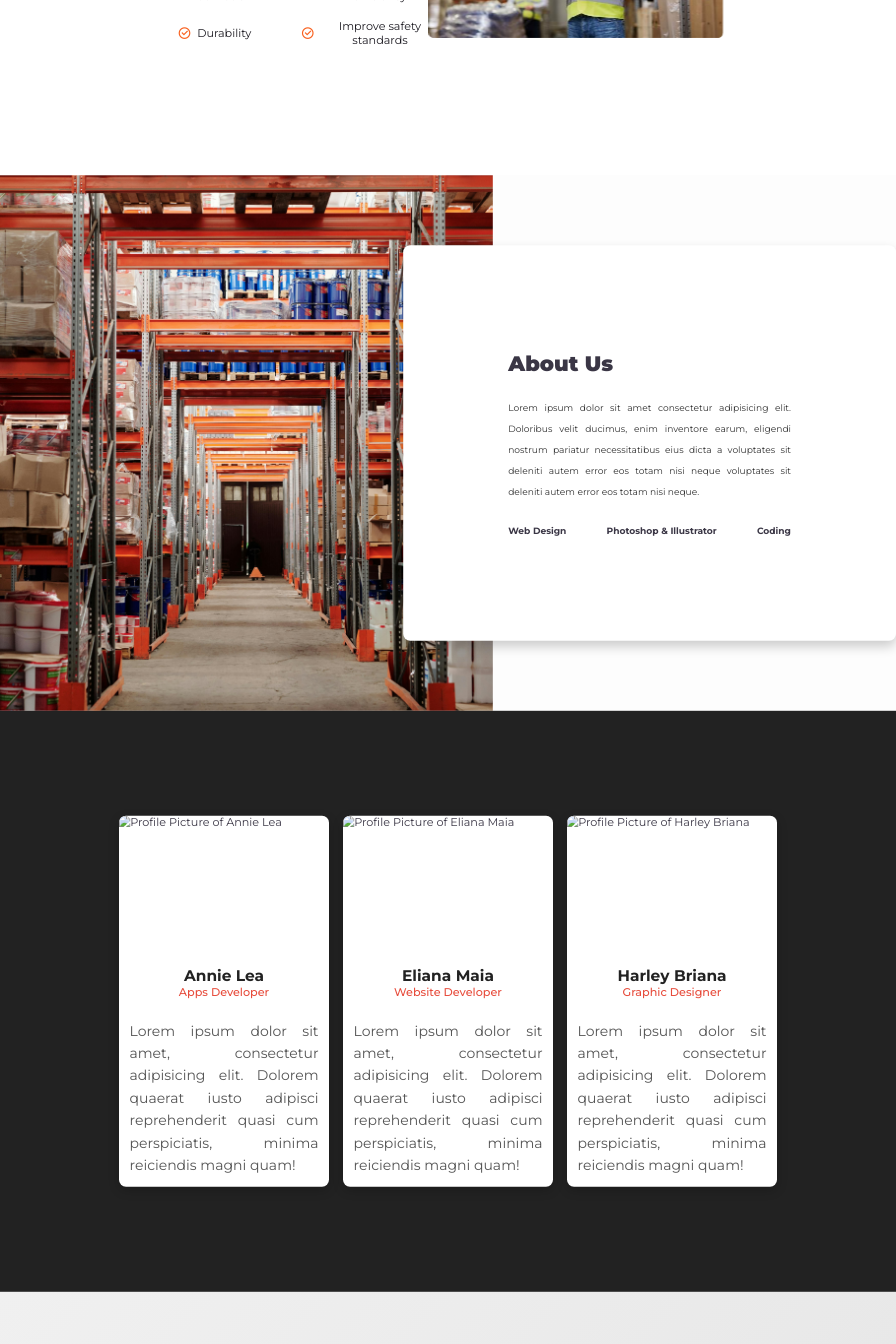
Repository: jahatesu/shelves-and-storage-equipment
Page: index.html
The author's editor kept a copy of each file at every save. The page is drawn from the files as they stood at one save, then again after a run of saves.
The browser window is 1280 px wide. The pictures show the part of the page from y = 1169 to 3089 px (the page is 7824 px tall before and 7794 px after), at 70% of full size.
A picture or video elsewhere on the page could not be fetched, so the positions and the page height are approximate. Backgrounds fixed to the window are drawn as part of the page. Some web fonts or font styles are not loaded; a fallback is used. Some web libraries are served in a nearby version.

Above is the page before, as saved 2025-01-24 20:40:29.
Console error: TypeError: Cannot read properties of null (reading 'querySelector')

### index.html
<!DOCTYPE html>
<html lang="en">
<head>
    <meta charset="UTF-8">
    <meta name="viewport" content="width=device-width, initial-scale=1.0">
    <!-- Remix Icons -->
    <link rel="stylesheet" href="https://cdnjs.cloudflare.com/ajax/libs/remixicon/4.2.0/remixicon.css">
    <!-- Swiper CSS -->
    <link rel="stylesheet" href="assets\js\swiper-bundle.min.js" />
    <!-- CSS -->
    <link rel="stylesheet" href="style.css">
    <script src="https://cdnjs.cloudflare.com/ajax/libs/jquery/3.7.1/jquery.min.js"></script>
    <title>Shelves and Storage</title>
    <link rel="stylesheet" href="https://fonts.googleapis.com/css?family=Material+Symbols+Rounded&opsz,wght,FILL,GRAD@48,400,0,0" />
    <script  src="https://kit.fontawesome.com/64d58efce2.js" crossorigin="anonymous" ></script>
</head>

<body>

    <!-- Navigation Bar -->
    <header class="transparent">
        <div class="logo">
            <img src="assets\images\logo.png" alt="Shelves and Storage Logo">
        </div>

        <div class="navigation">
            <input type="checkbox" id="nav-checkbox">
            <label for="nav-checkbox" class="nav-toggle">
                <i class="ri-menu-fill"></i>
            </label>

            <ul class="nav-menu">
                <li><a href="#">Home</a></li>
                <li><a href="#">About Us</a></li>
                <li><a href="#">Services</a></li>
                <li><a href="#">Products</a></li>
                <li><a href="#">Contact Us</a></li>
            </ul>
        </div>
    </header>

    <!-- Hero Section -->
    <div class="hero">
        <h1 class="animate__animated animate__fadeInDown">Shelves and Storage Equipment</h1>
        <h3 class="animate__animated animate__fadeInUp">Storage and Racking Expert</h3>
    </div>



<!-- About Section -->
<section class="about section" id="about">
    <div class="about_container container grid">
        <div class="about_data">
            <span class="section_subtitle">ABOUT US</span>
            <p>
                Founded in 2015, Shelves and Storage Equipment Inc. is a trusted name in providing customized racking solutions for logistics and warehousing.
            </p>
            <h2 class="section_title">Why choose us?</h2>
            <p class="about_description">
                We specialize in efficient, durable, and scalable storage systems designed to:
            </p>
            <ul class="about_list grid">
                <li class="about_list-item">
                    <i class="ri-checkbox-circle-line"></i>
                    <span>Maximize Space Utilization</span>
                </li>
                <li class="about_list-item">
                    <i class="ri-checkbox-circle-line"></i>
                    <span>Enhance operational efficiency</span>
                </li>
                <li class="about_list-item">
                    <i class="ri-checkbox-circle-line"></i>
                    <span> Durability</span>
                </li>
                <li class="about_list-item">
                    <i class="ri-checkbox-circle-line"></i>
                    <span>Improve safety standards</span>
                </li>
            </ul>
        </div>
        <div class="about_images">
            <img src="assets/images/about_img1.png" alt="image" class="about_img1">
            <img src="assets/images/about_img2.png" alt="image" class="about_img2">
        </div>
    </div>
</section>

    <!-- about -->

    <div class="about-section">
        <div class="inner-container">
            <h1>About Us</h1>
            <p class="text">
                Lorem ipsum dolor sit amet consectetur adipisicing elit. Doloribus velit ducimus, enim inventore earum, eligendi nostrum pariatur necessitatibus eius dicta a voluptates sit deleniti autem error eos totam nisi neque voluptates sit deleniti autem error eos totam nisi neque.
            </p>
            <div class="skills">
                <span>Web Design</span>
                <span>Photoshop & Illustrator</span>
                <span>Coding</span>
            </div>
        </div>
    </div>

<!-- Services Section -->
<div class="services-container">
    <div class="service-card">
      <div class="card-image">
        <img src="#" alt="Profile Picture of Annie Lea">
      </div>
      <div class="card-header">
        <h3 class="name">Annie Lea</h3>
        <p class="role">Apps Developer</p>
      </div>
      <div class="card-content">
        <p>Lorem ipsum dolor sit amet, consectetur adipisicing elit. Dolorem quaerat iusto adipisci reprehenderit quasi cum perspiciatis, minima reiciendis magni quam!</p>
      </div>
    </div>
    <div class="service-card">
      <div class="card-image">
        <img src="#" alt="Profile Picture of Eliana Maia">
      </div>
      <div class="card-header">
        <h3 class="name">Eliana Maia</h3>
        <p class="role">Website Developer</p>
      </div>
      <div class="card-content">
        <p>Lorem ipsum dolor sit amet, consectetur adipisicing elit. Dolorem quaerat iusto adipisci reprehenderit quasi cum perspiciatis, minima reiciendis magni quam!</p>
      </div>
    </div>
    <div class="service-card">
      <div class="card-image">
        <img src="#" alt="Profile Picture of Harley Briana">
      </div>
      <div class="card-header">
        <h3 class="name">Harley Briana</h3>
        <p class="role">Graphic Designer</p>
      </div>
      <div class="card-content">
        <p>Lorem ipsum dolor sit amet, consectetur adipisicing elit. Dolorem quaerat iusto adipisci reprehenderit quasi cum perspiciatis, minima reiciendis magni quam!</p>
      </div>
    </div>
  </div>

<!-- what we offer -->
<section class="services section" id="services">
    <div class="services_container container grid">
        <div class="services_data">
            <div>
                <span class="section_subtitle">WHAT WE OFFER</span>
                <h2 class="section_title">Heavy and Light Duty Racks System</h2>
            </div>
        </div>
        <div class="services_grid">
            <article class="services_card">
                <div class="services_icon">
                    <img src="/assets/images/driveInRack.jpg" alt="Drive in Rack">
                </div>
                <h3 class="services_title">Drive in Rack</h3>
                <p>
                    Forklifts drive into storage lanes, reducing aisle space. Perfect for bulk storage.
                </p>
            </article>
            <article class="services_card">
                <div class="services_icon">
                    <img src="assets/images/cantileverRack.jpg" alt="Cantilever Rack">
                </div>
                <h3 class="services_title">Cantilever Rack</h3>
                <p>
                    Ideal for long, bulky items. Easy loading and unloading, maximizes space. Available in single or double-sided options.
                </p>
            </article>
            <article class="services_card">
                <div class="services_icon">
                    <img src="assets/images/mezzanineFloorRack.jpg" alt="Mezzanine Floor">
                </div>
                <h3 class="services_title">Mezzanine Floor</h3>
                <p>
                    Cost-effective, customizable, and durable. Ideal for storage, offices, or production areas.
                </p>
            </article>
            <article class="services_card">
                <div class="services_icon">
                    <img src="assets/images/radioShuttle.jpeg" alt="Radio Shuttle">
                </div>
                <h3 class="services_title">Radio Shuttle Racking</h3>
                <p>
                    Optimize warehouse space and efficiency. Semi-automated, high-density storage. Fast pallet handling, both FIFO and LIFO.
                </p>
            </article>
        </div>
    </div>
</section>

<!-- products -->
<section class="projects section" id="projects">
    <h2 class="section_title_products">Our Products</h2>
    <div class="projects_container container grid">
        <article class="projects_card">
            <img src="assets/images/narrowAisle.jpg" alt="Narrow Aisle Pallet Racking" class="projects_img">
            <div class="projects_data">
                <h2 class="projects_title">Narrow Aisle Pallet Racking</h2>
            </div>
        </article>
        <article class="projects_card">
            <img src="assets/images/doubleDeep.jpg" alt="Double Deep Pallet Racking" class="projects_img">
            <div class="projects_data">
                <h2 class="projects_title">Double Deep Pallet Racking</h2>
            </div>
        </article>
        <article class="projects_card">
            <img src="assets/images/lightDuty.webp" alt="Light Duty Shelves" class="projects_img">
            <div class="projects_data">
                <h2 class="projects_title">Light Duty Shelves</h2>
            </div>
        </article>
        <article class="projects_card">
            <img src="assets/images/boltLess.webp" alt="Boltless Racks" class="projects_img">
            <div class="projects_data">
                <h2 class="projects_title">Boltless Racks</h2>
            </div>
        </article>
        <article class="projects_card">
            <img src="assets/images/counterBalance.jpg" alt="Tailift Counter Balance" class="projects_img">
            <div class="projects_data">
                <h2 class="projects_title">Tailift Counter Balance</h2>
            </div>
        </article>
        <article class="projects_card">
            <img src="assets/images/reachTruck.jpg" alt="Tailift Reach Truck" class="projects_img">
            <div class="projects_data">
                <h2 class="projects_title">Tailift Reach Truck</h2>
            </div>
        </article>
        <article class="projects_card">
            <img src="assets/images/palletRack.webp" alt="Pallet Rack" class="projects_img">
            <div class="projects_data">
                <h2 class="projects_title">Pallet Rack</h2>
            </div>
        </article>
        <article class="projects_card">
            <img src="assets/images/slottedRack.webp" alt="Slotted Rack" class="projects_img">
            <div class="projects_data">
                <h2 class="projects_title">Slotted Rack</h2>
            </div>
        </article>
        <article class="projects_card">
            <img src="assets/images/smRack.webp" alt="Supermarket Rack" class="projects_img">
            <div class="projects_data">
                <h2 class="projects_title">Supermarket Rack</h2>
            </div>
        </article>
        <article class="projects_card">
            <img src="assets/images/shoppingTrolley.jpg" alt="Shopping Trolley" class="projects_img">
            <div class="projects_data">
                <h2 class="projects_title">Shopping Trolley</h2>
            </div>
        </article>
        <article class="projects_card">
            <img src="assets/images/shoppingBasket.jpg" alt="Shopping Basket" class="projects_img">
            <div class="projects_data">
                <h2 class="projects_title">Shopping Basket</h2>
            </div>
        </article>
        <article class="projects_card">
            <img src="assets/images/binBoxes.jpg" alt="Bin Boxes" class="projects_img">
            <div class="projects_data">
                <h2 class="projects_title">Bin Boxes</h2>
            </div>
        </article>
        <article class="projects_card">
            <img src="assets/images/shelving.jpeg" alt="Shelving" class="projects_img">
            <div class="projects_data">
                <h2 class="projects_title">Shelving</h2>
            </div>
        </article>
        <article class="projects_card">
            <img src="assets/images/handPallet.webp" alt="Hand Pallet" class="projects_img">
            <div class="projects_data">
                <h2 class="projects_title">Hand Pallet</h2>
            </div>
        </article>
    </div>
</section>

<!-- contacts -->
<div class="container_contact">
    <span class="big-circle"></span>
    <img src="img/shape.png" class="square" alt="" />
    <div class="form">
      <div class="contact-info">
        <h3 class="title">Let's get in touch</h3>
        <p class="text">
          Lorem ipsum dolor sit amet consectetur adipisicing elit. Saepe
          dolorum adipisci recusandae praesentium dicta!
        </p>

        <div class="info">
          <div class="information">
            <img src="img/location.png" class="icon" alt="" />
            <p>Manila - Philippines</p>
          </div>
          <div class="information">
            <img src="img/email.png" class="icon" alt="" />
            <p>shelvesandstorage.ph@gmail.com<br>
                sseisales3@gmail.com</p>
          </div>
          <div class="information">
            <img src="img/phone.png" class="icon" alt="" />
            <p>0966 750 5869<br>
                (02) 8637 3371</p>
          </div>
        </div>

        <div class="social-media">
          <p>Connect with us :</p>
          <div class="social-icons">
            <a href="#">
              <i class="fab fa-facebook-f"></i>
            </a>
            <a href="#">
              <i class="fab fa-twitter"></i>
            </a>
            <a href="#">
              <i class="fab fa-instagram"></i>
            </a>
            <a href="#">
              <i class="fab fa-linkedin-in"></i>
            </a>
          </div>
        </div>
      </div>

      <div class="contact-form">
        <span class="circle one"></span>
        <span class="circle two"></span>

        <form action="index.html" autocomplete="off">
          <h3 class="title">Contact us</h3>
          <div class="input-container">
            <input type="text" name="name" class="input" />
            <label for="">Username</label>
            <span>Username</span>
          </div>
          <div class="input-container">
            <input type="email" name="email" class="input" />
            <label for="">Email</label>
            <span>Email</span>
          </div>
          <div class="input-container">
            <input type="tel" name="phone" class="input" />
            <label for="">Phone</label>
            <span>Phone</span>
          </div>
          <div class="input-container textarea">
            <textarea name="message" class="input"></textarea>
            <label for="">Message</label>
            <span>Message</span>
          </div>
          <input type="submit" value="Send" class="btn" />
        </form>
      </div>
    </div>
  </div>

  <!-- footer -->
  <footer class="footer">
    <div class="footer_container container grid">
        <div>
            <a href="#" class="footer_logo">
                <img src="assets\images\footerLogo.png" alt="footer logo">
            </a>

            <p class="footer_description">Storage and Racking Expert</p>

            <address class="footer_email">Email: shelvesandstorage.ph@gmail.com</address>
        </div>

        <div class="footer_content grid">
            <div>
                <h3 class="footer_title">Company</h3>
                <ul class="footer_links">
                    <li>
                        <a href="#about" class="footer_link">About Us</a>
                    </li>

                    <li>
                        <a href="#services" class="footer_link">Services</a>
                    </li>

                    <li>
                        <a href="#projects" class="footer_link">Projects</a>
                    </li>
                </ul>
        </div>

        <div>
            <h3 class="footer_title">Information</h3>
            <ul class="footer_list">
                <li>
                    <address class="footer_info">Manila - Philippines</address>
                </li>

                <li>
                </li>

            </ul>
    </div>

    <div>
        <h3 class="footer_title">Social Media</h3>

        <div class="footer_social">
            <a href="#" target="_blank" class="footer_social-link">
                <i class="ri-facebook-circle-line"></i>
            </a>

            <a href="#" target="_blank" class="footer_social-link">
                <i class="ri-instagram-line"></i>
            </a>

            <a href="#" target="_blank" class="footer_social-link">
                <i class="ri-twitter-x-line"></i>
            </a>
        </div>
</div>

    </div>

    <span class="footer_copy">

    </span>
</footer>

<script src="main.js">
</script>

</body>
</html>

Loaded but not shown: assets/js/swiper-bundle.min.js (library); main.js (103 lines, source omitted); style.css (1369 lines, source omitted)

After the next 2 saves:
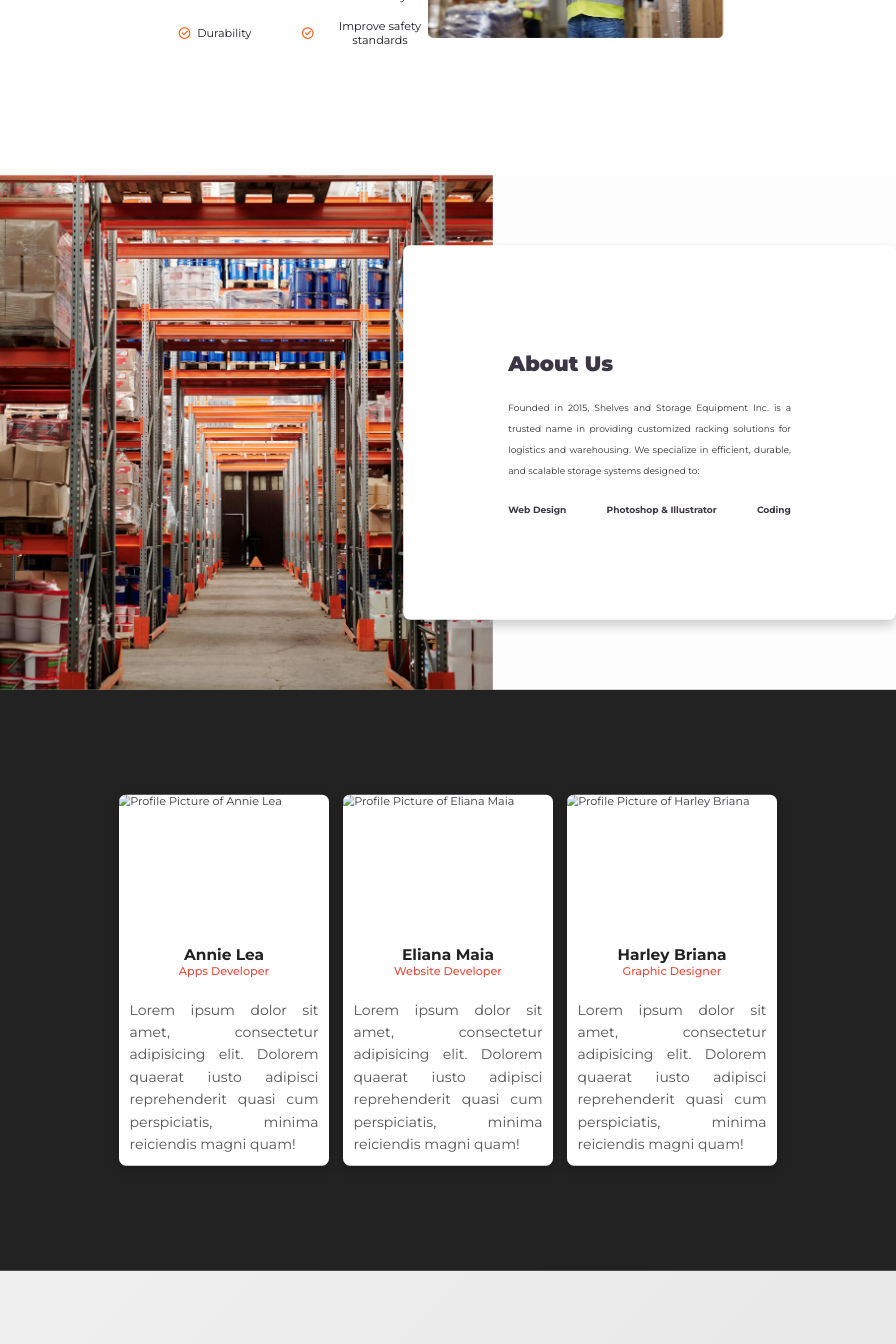
The 2 saves are shown as one change because they came seconds apart.
The last was saved 116 s later.
--- a/index.html
+++ b/index.html
@@ -91,7 +91,7 @@
         <div class="inner-container">
             <h1>About Us</h1>
             <p class="text">
-                Lorem ipsum dolor sit amet consectetur adipisicing elit. Doloribus velit ducimus, enim inventore earum, eligendi nostrum pariatur necessitatibus eius dicta a voluptates sit deleniti autem error eos totam nisi neque voluptates sit deleniti autem error eos totam nisi neque.
+                Founded in 2015, Shelves and Storage Equipment Inc. is a trusted name in providing customized racking solutions for logistics and warehousing. We specialize in efficient, durable, and scalable storage systems designed to:
             </p>
             <div class="skills">
                 <span>Web Design</span>
